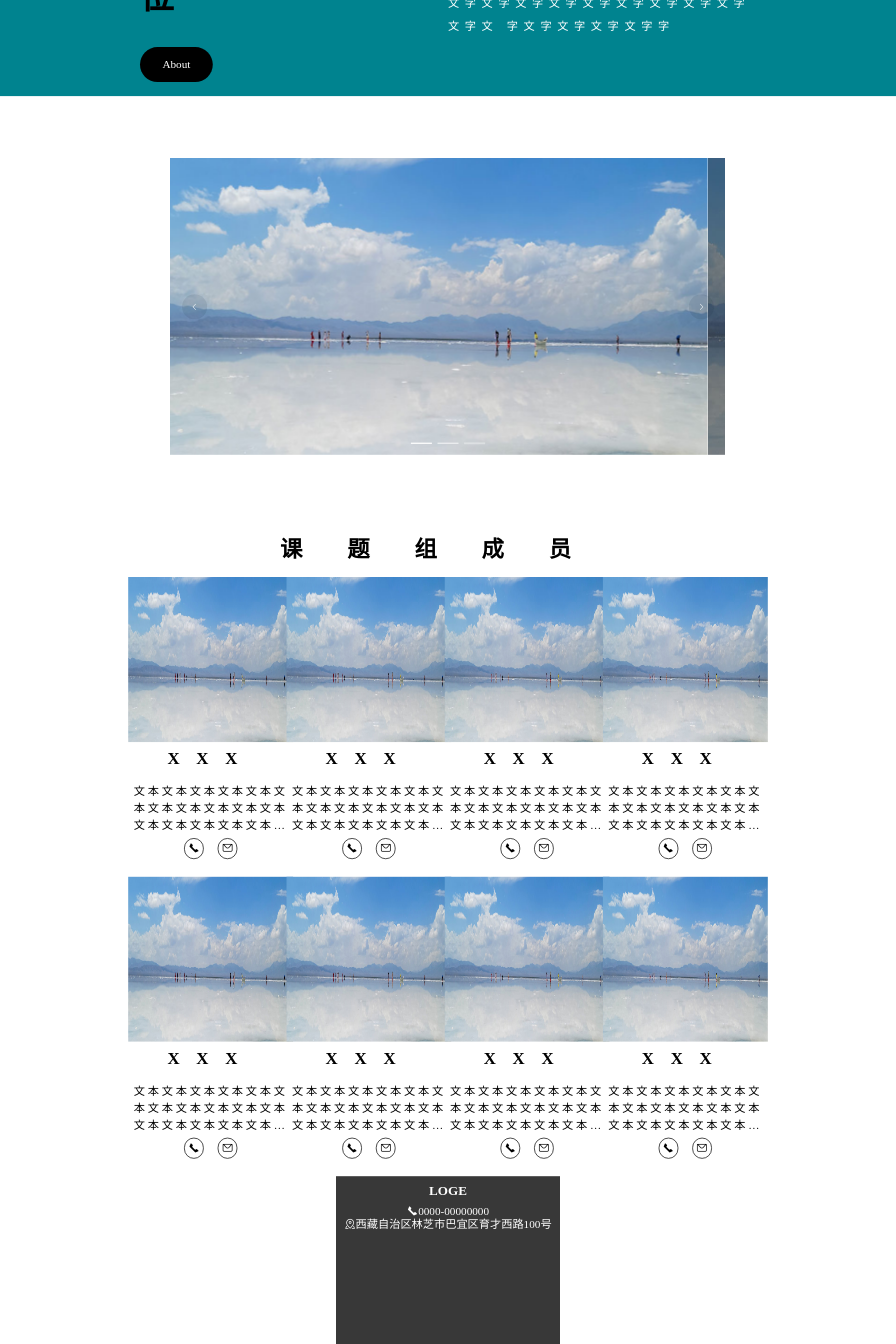
Repository: BLSY/xzust
Page: /
An editor plug-in stored every save of this project. The page is shown before and after the next save, followed by the edit.
The browser window is 1280 px wide. The pictures show the part of the page from y = 1156 to 3076 px (the page is 3076 px tall), at 70% of full size.
The project was rebuilt for these pictures with package versions that can differ from the ones it lists, and the page was loaded fresh each time.

Above is the page before, as saved 2022-11-27 12:39:57.

After the next save:
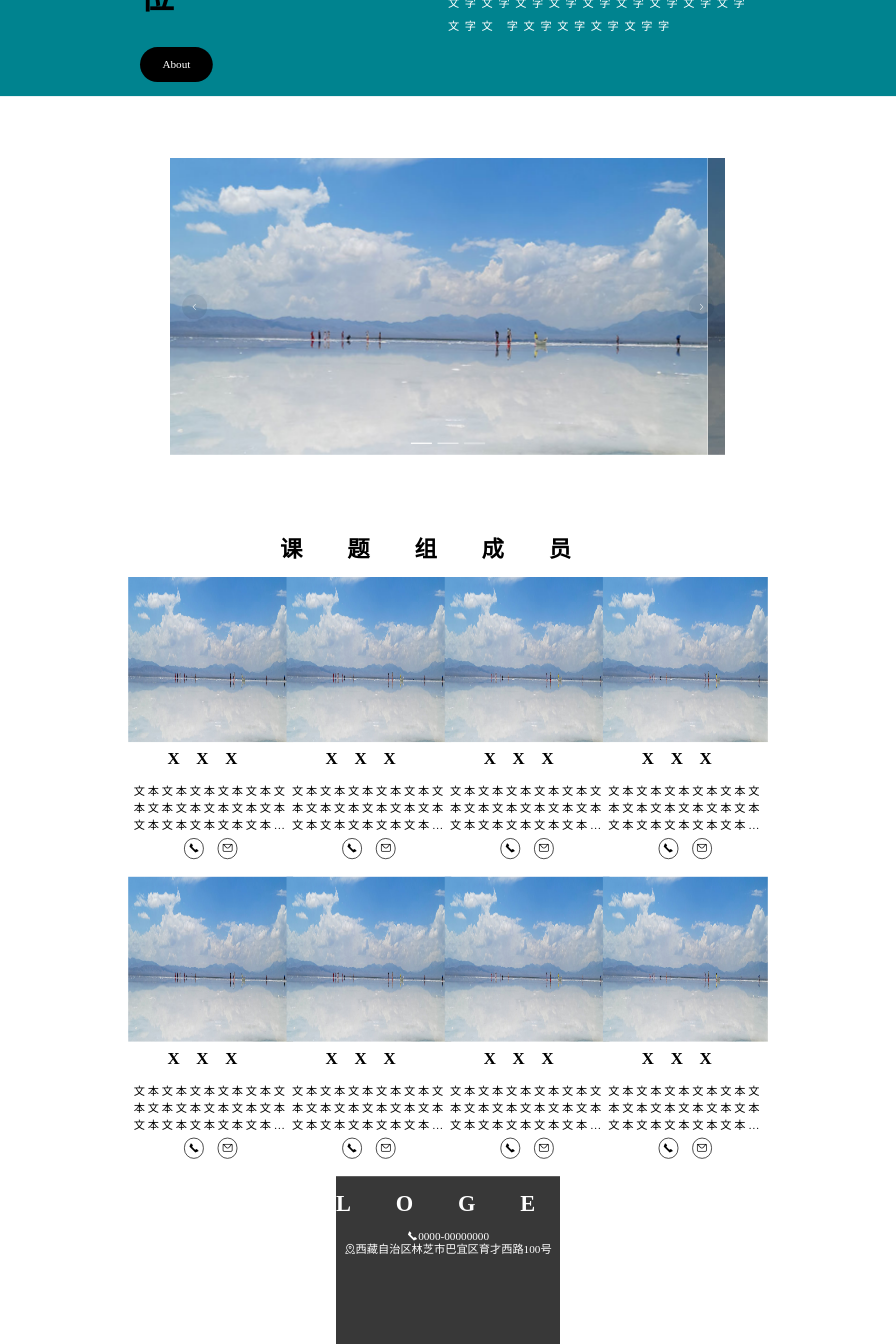
Saved 46 s later.
--- a/src/components/HelloWorld.vue
+++ b/src/components/HelloWorld.vue
@@ -436,6 +436,12 @@ html{
   .edition-logo{
     width: 320px;
   }
+  .logo-botton{
+     color: #FFF;
+    font-size: 2em;
+    letter-spacing:2em;
+    margin: 20px 0;
+  }
   .edition-bottom{
 
     height: 60px;
